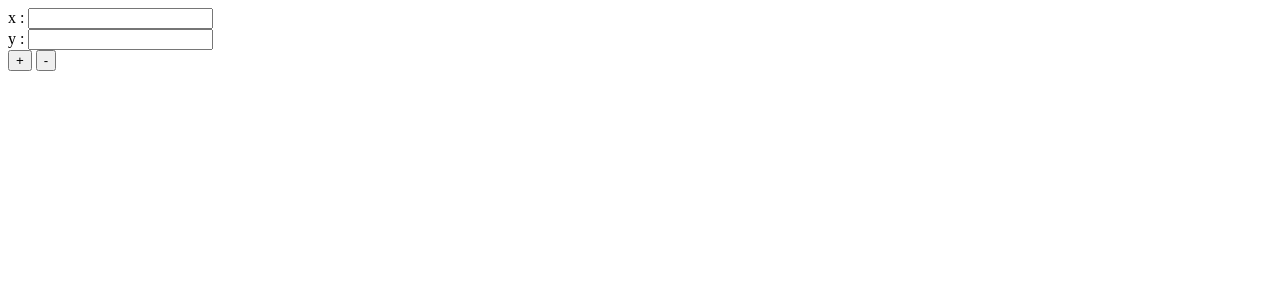
Repository: bitcamp-pool/newlecwork
Page: JSPprj/src/main/webapp/calc2.html
These files come from the project's save history. The page is drawn as it stood at one moment and after the next save; the edit follows.
The browser window is 1280 px wide. The pictures show the whole page.

Above is the page before, as saved 2022-04-17 12:00:06.

### JSPprj/src/main/webapp/calc2.html
<!DOCTYPE html>
<html>
<head>
<meta charset="UTF-8">
<title>Insert title here</title>
</head>
<body>
	<form action="calc" method="post">
		<div>
			<label>x : </label>
			<input type="text" name="x">
		</div>
		<div>
			<label>y : </label>
			<input type="text" name="y">
		</div>
		<div>
			<input type="submit" name="operator" value="+">
			<input type="submit" name="operator" value="-">
		</div>
	</form>
</body>
</html>

After the next save:
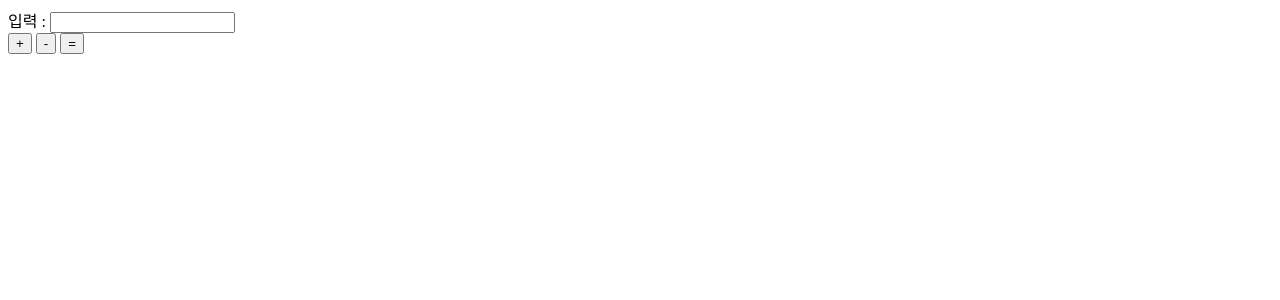
Saved 2 min 25 s later.
--- a/JSPprj/src/main/webapp/calc2.html
+++ b/JSPprj/src/main/webapp/calc2.html
@@ -5,18 +5,15 @@
 <title>Insert title here</title>
 </head>
 <body>
-	<form action="calc" method="post">
+	<form action="status" method="post">
 		<div>
-			<label>x : </label>
-			<input type="text" name="x">
-		</div>
-		<div>
-			<label>y : </label>
-			<input type="text" name="y">
+			<label>입력 : </label>
+			<input type="text" name="v">
 		</div>
 		<div>
 			<input type="submit" name="operator" value="+">
 			<input type="submit" name="operator" value="-">
+			<input type="submit" name="operator" value="=">
 		</div>
 	</form>
 </body>
